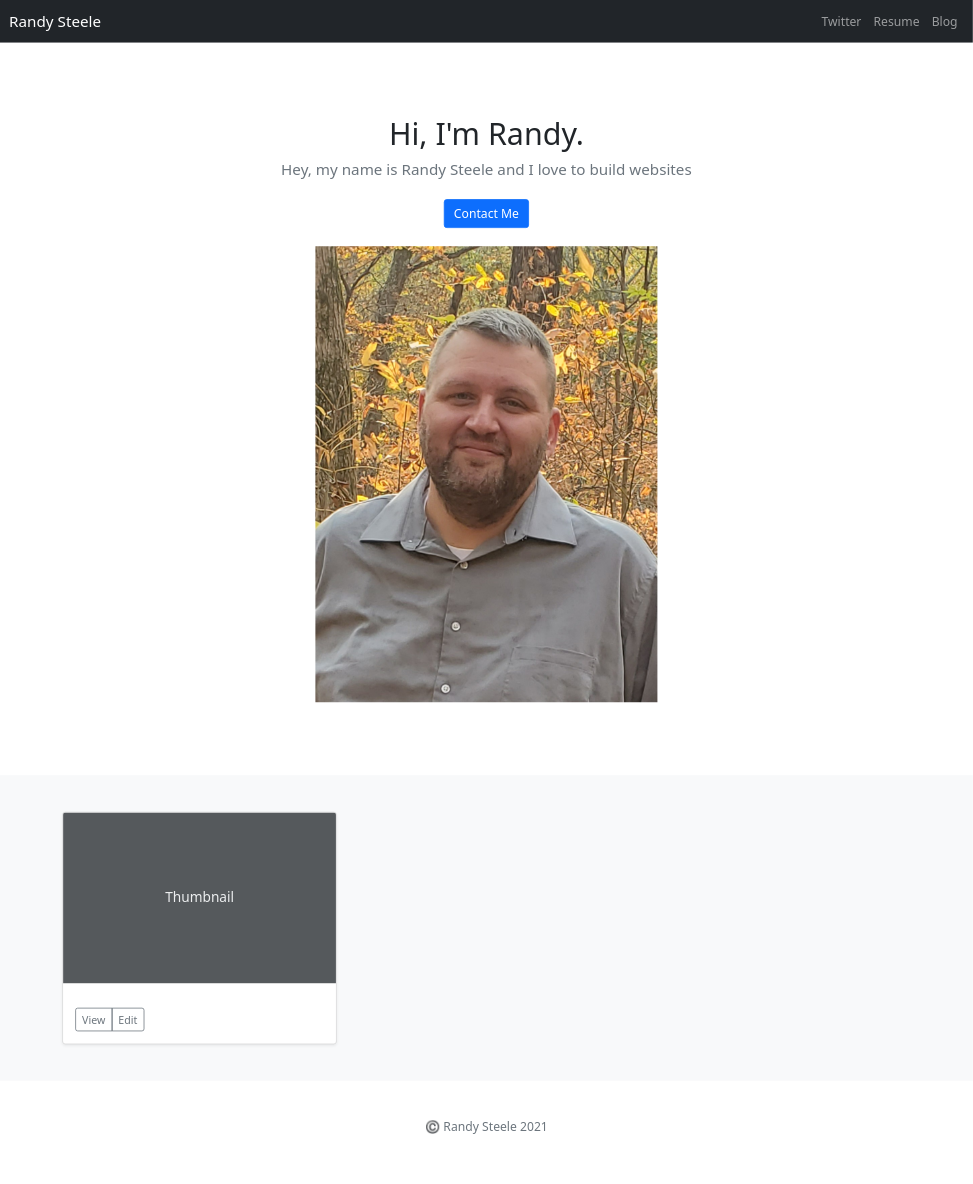
Repository: randysteele/my-portfolio
Page: http://localhost/
An editor plug-in stored every save of this project. The page is shown before and after the next save, followed by the edit.
The browser window is 1280 px wide. The pictures show the whole page, at 76% of full size.
The page is served by the project's application, run on Django 2.2 (manage.py).

Above is the page before, as saved 2021-03-25 17:06:35.

After the next save:
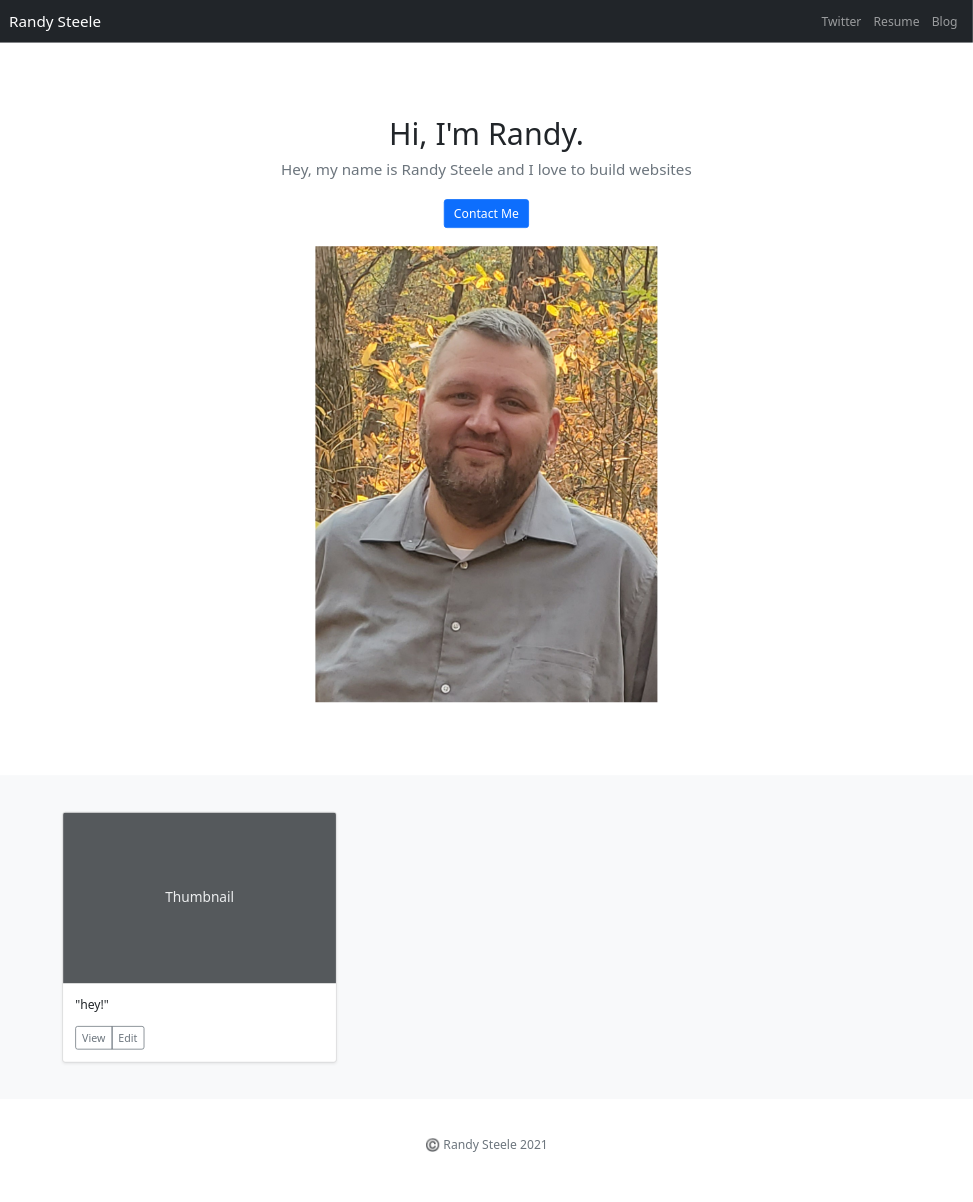
Saved 2 min 52 s later.
--- a/django-portfolio/jobs/templates/jobs/home.html
+++ b/django-portfolio/jobs/templates/jobs/home.html
@@ -97,7 +97,7 @@
                     <svg class="bd-placeholder-img card-img-top" width="100%" height="225" xmlns="http://www.w3.org/2000/svg" role="img" aria-label="Placeholder: Thumbnail" preserveAspectRatio="xMidYMid slice" focusable="false"><title>Placeholder</title><rect width="100%" height="100%" fill="#55595c"/><text x="50%" y="50%" fill="#eceeef" dy=".3em">Thumbnail</text></svg>
 
                     <div class="card-body">
-                      <p class="card-text">{{job.summary}}</p>
+                      <p class="card-text">"hey!"</p>
                       <div class="d-flex justify-content-between align-items-center">
                         <div class="btn-group">
                           <button type="button" class="btn btn-sm btn-outline-secondary">View</button>
